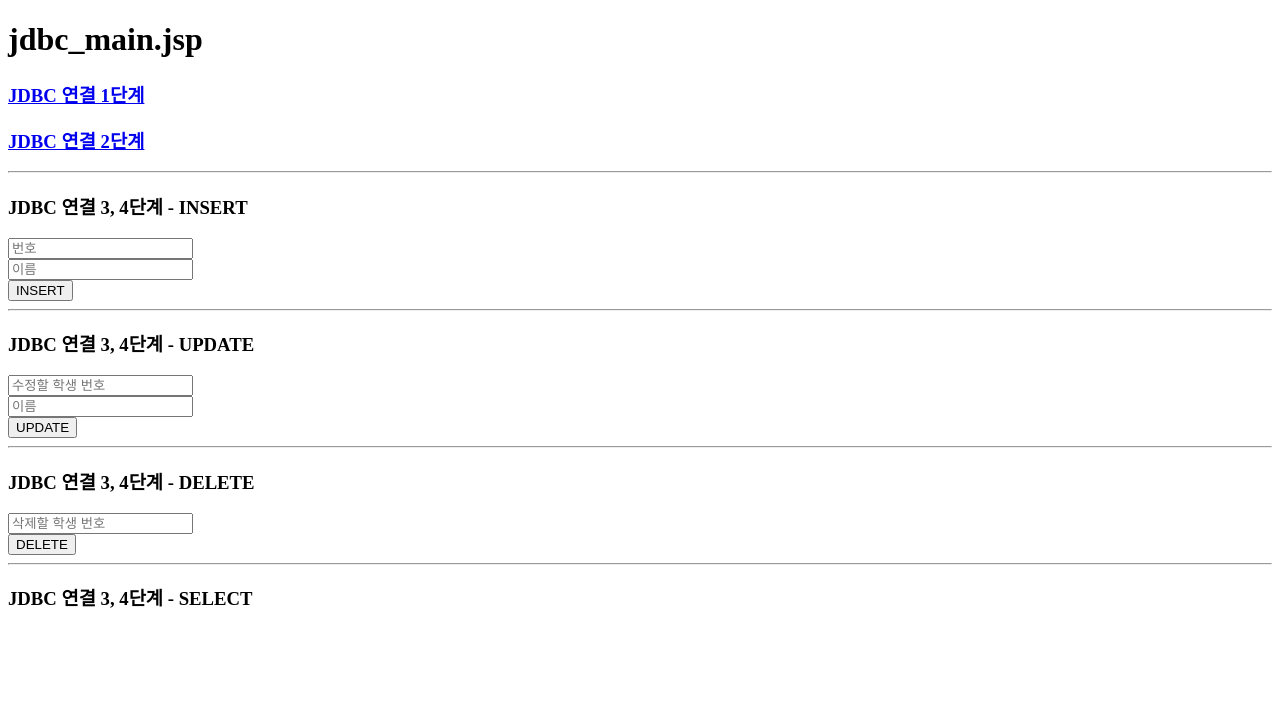
Repository: junesse-afk/ITJSP
Page: http://localhost/StudyJSP/jsp10_jdbc/jdbc_main.jsp
These files come from the project's save history. The page is drawn as it stood at one moment and after the next save; the edit follows.
The browser window is 1280 px wide. The pictures show the whole page.
The page is served by Tomcat 10. Other server files are loaded and not shown.

Above is the page before, as saved 2024-11-29 06:01:21.

### workspace_jsp/StudyJSP/src/main/webapp/jsp10_jdbc/jdbc_main.jsp
<%@ page language="java" contentType="text/html; charset=UTF-8"
    pageEncoding="UTF-8"%>
<!DOCTYPE html>
<html>
<head>
<meta charset="UTF-8">
<title>Insert title here</title>
</head>
<body>

	<h1>jdbc_main.jsp</h1>
	<h3><a href="connect1.jdbc">JDBC 연결 1단계</a></h3>
	<h3><a href="connect2.jdbc">JDBC 연결 2단계</a></h3>
	<hr>

	<h3>JDBC 연결 3, 4단계 - INSERT</h3>
	<form action="connect3_insert.jdbc" method="post">
		<input type="text" name="idx" placeholder="번호"><br>
		<input type="text" name="name" placeholder="이름"><br>
		<input type="submit" value="INSERT">
	</form>
	<hr>

	<h3>JDBC 연결 3, 4단계 - UPDATE</h3>
	<form action="connect3_update.jdbc" method="post">
		<input type="text" name="idx" placeholder="수정할 학생 번호"><br>
<!-- 		<input type="text" name="idx" placeholder="번호"><br> -->
		<input type="text" name="name" placeholder="이름"><br>
		<input type="submit" value="UPDATE">
	</form>
	<hr>

	<h3>JDBC 연결 3, 4단계 - DELETE</h3>
	<form action="connect3_delete.jdbc" method="post">
		<input type="text" name="idx" placeholder="삭제할 학생 번호"><br>
<!-- 		<input type="text" name="idx" placeholder="번호"><br> -->
<!-- 		<input type="text" name="name" placeholder="이름"><br> -->
		<input type="submit" value="DELETE">
	</form>
	<hr>

	<h3>JDBC 연결 3, 4단계 - SELECT</h3>








</body>
</html>

After the next save:
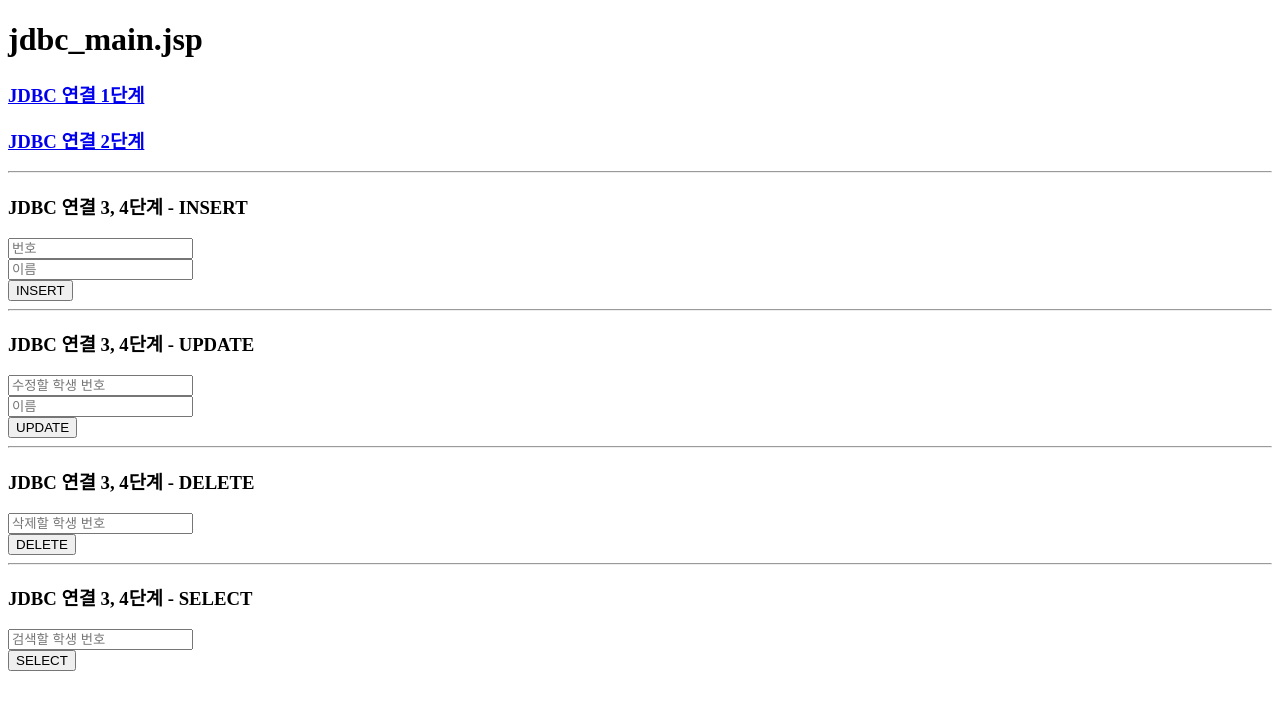
Saved 41 s later.
--- a/workspace_jsp/StudyJSP/src/main/webapp/jsp10_jdbc/jdbc_main.jsp
+++ b/workspace_jsp/StudyJSP/src/main/webapp/jsp10_jdbc/jdbc_main.jsp
@@ -40,6 +40,10 @@
 	<hr>
 
 	<h3>JDBC 연결 3, 4단계 - SELECT</h3>
+	<form action="connect3_select.jdbc" method="get">
+		<input type="text" name="idx" placeholder="검색할 학생 번호"><br>
+		<input type="submit" value="SELECT">
+	</form>
 
 
 
